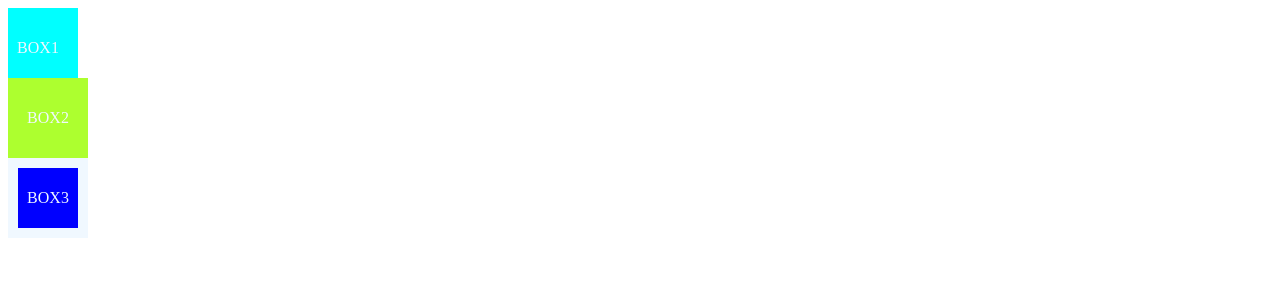
Repository: Ducspdn/WeTheBandF8
Page: html_learn_f8/index3.html
An editor plug-in stored every save of this project. The page is shown before and after the next save, followed by the edit.
The browser window is 1280 px wide. The pictures show the whole page.

Above is the page before, as saved 2023-01-14 10:28:50.

### html_learn_f8/index3.html
<!DOCTYPE html>
<html lang="en">
<head>
    <meta charset="UTF-8">
    <meta http-equiv="X-UA-Compatible" content="IE=edge">
    <meta name="viewport" content="width=device-width, initial-scale=1.0">
    <title>Document</title>
    <style>
    .Box{
        width: 60px;
        height: 60px;
        display: flex;
        color: aliceblue;
        justify-content: center;
        align-items:center;
        /* align-items : sắp xếp các mục */
    }
    .BOX1{
        background-color: aqua;
        padding-top: 10px;
        padding-right: 10px;
    }
    .BOX2{
        background-color: greenyellow ;
        padding: 10px;
    }
    .BOX3{
        background-color: blue;
        border-width: 10px;
        border-color: aliceblue;
        border-style: solid;
    }
    </style>
</head>
<body>
    <div class="Box BOX1">BOX1</div>
    <div class="Box BOX2">BOX2</div>
    <div class="Box BOX3">BOX3</div>
</body>
</html>

After the next save:
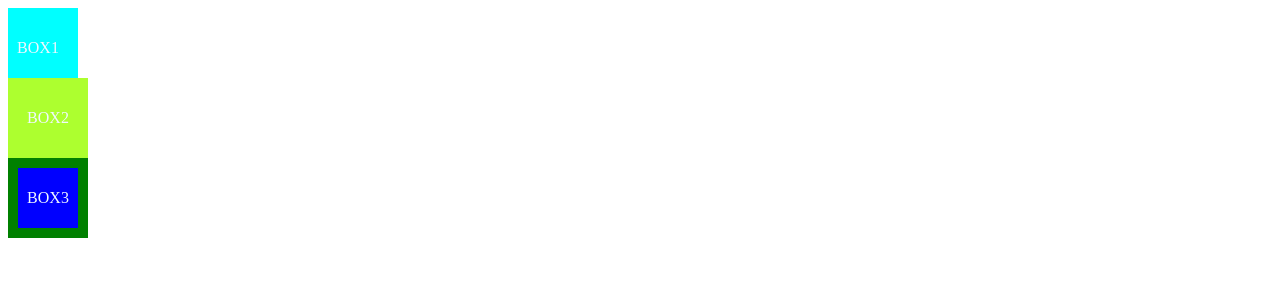
Saved 24 s later.
--- a/html_learn_f8/index3.html
+++ b/html_learn_f8/index3.html
@@ -27,7 +27,7 @@
     .BOX3{
         background-color: blue;
         border-width: 10px;
-        border-color: aliceblue;
+        border-color: green;
         border-style: solid;
     }
     </style>
